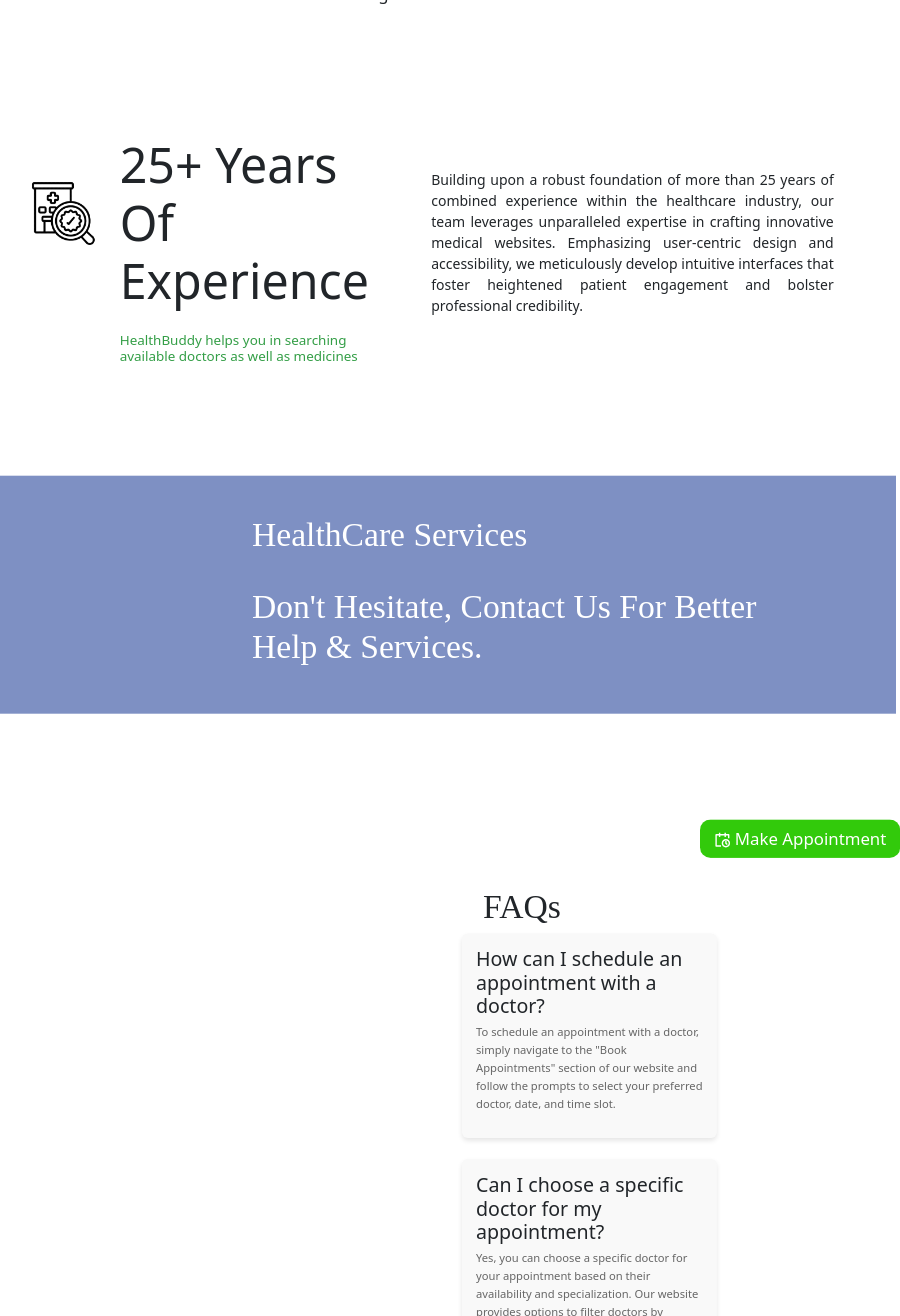
Repository: WajihaGul/MedicalApp-Frontend
Page: /
The author's editor kept a copy of each file at every save. The page is drawn from the files as they stood at one save, then again after the next save.
The browser window is 1280 px wide. The page is 1286 px wide, so the pictures cover 1286 px, including what lies to the right of the window. The pictures show the part of the page from y = 1321 to 3201 px (the page is 4921 px tall before and 5090 px after), at 70% of full size.
The project was rebuilt for these pictures with package versions that can differ from the ones it lists, and the page was loaded fresh each time. Also part of the build but not shown: vite.config.js, src/index.css, src/App.css.

Above is the page before, as saved 2024-05-08 22:44:10.

After the next save:
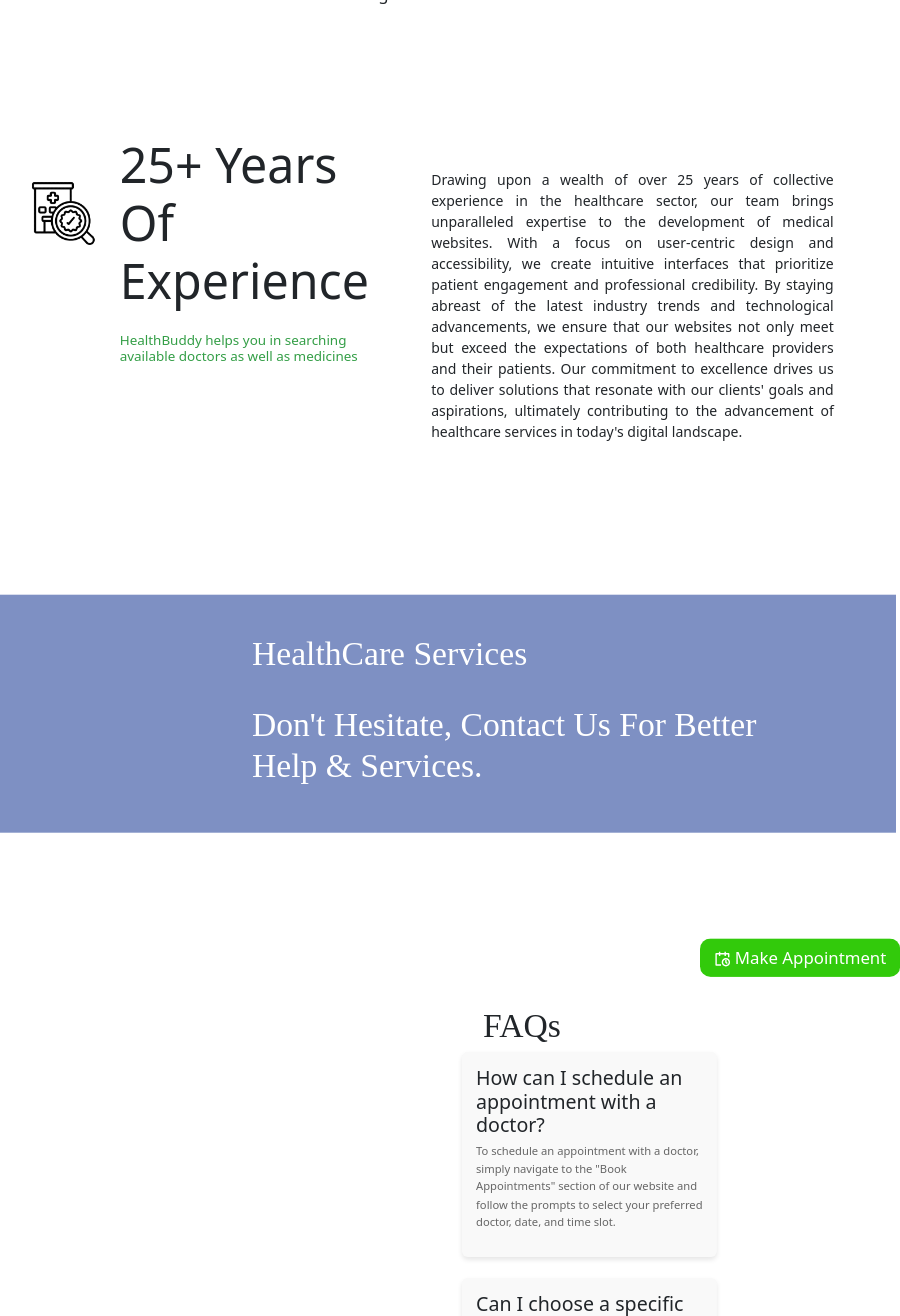
Saved 42 s later.
--- a/src/Components/Experience/Experience.jsx
+++ b/src/Components/Experience/Experience.jsx
@@ -22,12 +22,17 @@ const Experience = () => {
         </div>
         <div>
           <p className={styles.story_p}>
-            Building upon a robust foundation of more than 25 years of combined
-            experience within the healthcare industry, our team leverages
-            unparalleled expertise in crafting innovative medical websites.
-            Emphasizing user-centric design and accessibility, we meticulously
-            develop intuitive interfaces that foster heightened patient
-            engagement and bolster professional credibility.
+            Drawing upon a wealth of over 25 years of collective experience in
+            the healthcare sector, our team brings unparalleled expertise to the
+            development of medical websites. With a focus on user-centric design
+            and accessibility, we create intuitive interfaces that prioritize
+            patient engagement and professional credibility. By staying abreast
+            of the latest industry trends and technological advancements, we
+            ensure that our websites not only meet but exceed the expectations
+            of both healthcare providers and their patients. Our commitment to
+            excellence drives us to deliver solutions that resonate with our
+            clients' goals and aspirations, ultimately contributing to the
+            advancement of healthcare services in today's digital landscape.
           </p>
         </div>
       </div>
